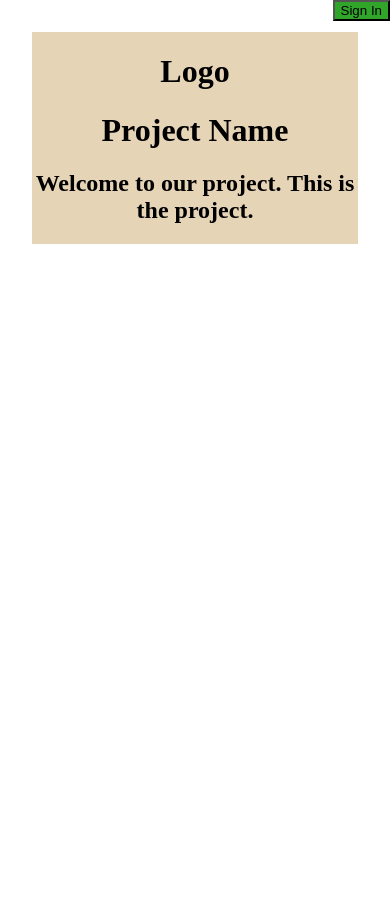
Repository: GG1627/SwampHacks-X-Project
Page: /
These files come from the project's save history. The page is drawn as it stood at one moment and after the next save; the edit follows.
The browser window is 390 px wide. The pictures show the whole page.
The app was drawn by React Native's web renderer in a window 390 px wide. The project was rebuilt for these pictures with package versions that can differ from the ones it lists, and the page was loaded fresh each time. Also part of the build but not shown: vite.config.js.

Above is the page before, as saved 2025-01-25 11:01:47.

After the next save:
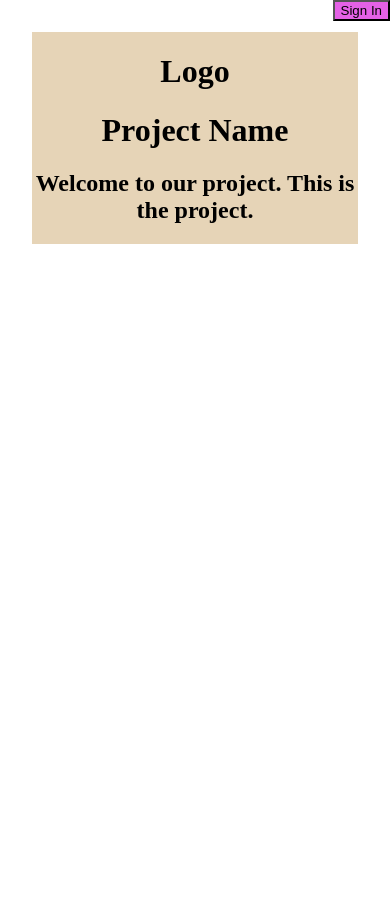
Saved 7 s later.
--- a/src/components/HomeScreen.css
+++ b/src/components/HomeScreen.css
@@ -7,5 +7,5 @@
   position: fixed;
   right: 0;
   top: 0;
-  background-color: rgb(48, 165, 42);
+  background-color: rgb(228, 97, 230);
 }
